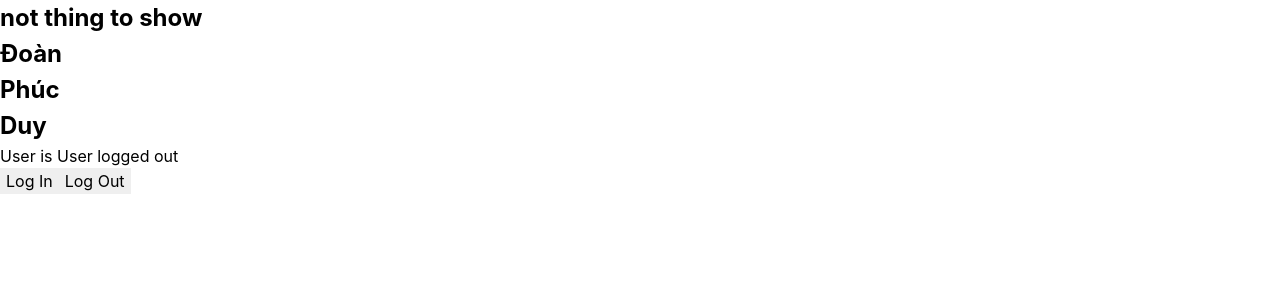
Repository: ledoanmk43/Demo_typescript
Page: /
An editor plug-in stored every save of this project. The page is shown before and after the next save, followed by the edit.
The browser window is 1280 px wide. The pictures show the whole page.
The project was rebuilt for these pictures with package versions that can differ from the ones it lists, and the page was loaded fresh each time.

Above is the page before, as saved 2022-03-07 15:18:51.

### src/App.tsx
import React from "react";

import "./App.css";
import Greeting from "./components/Greeting";
import Login from "./components/state/Login";

function App() {
  // const Name = {
  //   firstName: "Đoàn",
  //   lastName: "Lê",
  // };

  const nameList = [
    {
      firstName: "Đoàn",
      lastName: "Lê",
    },
    {
      firstName: "Phúc",
      lastName: "Lê",
    },
    {
      firstName: "Duy",
      lastName: "Lê",
    },
  ];
  return (
    <div className="App">
      <Greeting nameProps={nameList} />
      <Login />
    </div>
  );
}

export default App;

### src/App.css
*,
*::before,
*::after {
  box-sizing: border-box;
}
* {
  margin: 0;
}

html,
body {
  height: 100%;
}
body {
  line-height: 1.5;
  -webkit-font-smoothing: antialiased;
  -webkit-tap-highlight-color: rgba(0, 0, 0, 0);
}

img,
picture,
video,
canvas,
svg {
  display: block;
  max-width: 100%;
}
input,
button,
textarea,
select {
  font: inherit;
  outline: none;
  border: none;
}
p,
h1,
h2,
h3,
h4,
h5,
h6 {
  overflow-wrap: break-word;
}

### src/components/Greeting.tsx
import React from "react";

// type GreetingProps = {
//   nameProps: string; //we can also assign value like 'Doan' | 'Duy' | 'Phuc' - if there are more than 1 value for the props and we have to to check cases base on these value
// };

type GreetingProps = {
  nameProps: {
    firstName: string;
    lastName: string;
  }[]; //adding [] at the end if prop is an array

  emptyProps?: string;
};

const Greeting = (props: GreetingProps) => {
  const { emptyProps = "not thing to show" } = props;
  return (
    <div>
      <h2>{emptyProps}</h2>
      {props.nameProps.map((prop) => (
        <h2>{prop.firstName}</h2>
      ))}
    </div>
  );
};

export default Greeting;

### src/components/state/Login.tsx
import React, { useState } from "react";

const Login = () => {
  const [isLoggedin, setIsLoggedin] = useState(false);

  const logIn = () => {
    setIsLoggedin(true);
  };
  const logOut = () => {
    setIsLoggedin(false);
  };
  return (
    <div>
      <div>User is {isLoggedin ? "User logged In" : "User logged out"}</div>
      <button onClick={logIn}>Log In</button>
      <button onClick={logOut}>Log Out</button>
    </div>
  );
};

export default Login;

Loaded but not shown: public/index.html (common file); src/index.tsx (common file); src/index.css (common file); src/reportWebVitals.ts (common file)

After the next save:
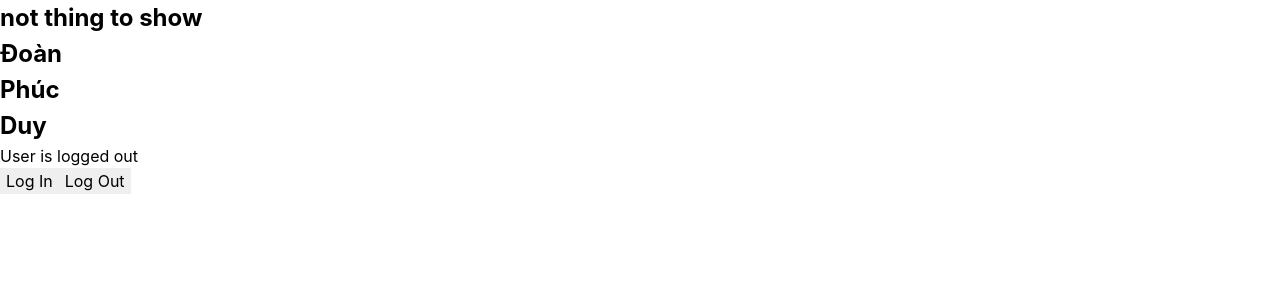
Saved 25 s later.
--- a/src/components/state/Login.tsx
+++ b/src/components/state/Login.tsx
@@ -11,7 +11,7 @@ const Login = () => {
   };
   return (
     <div>
-      <div>User is {isLoggedin ? "User logged In" : "User logged out"}</div>
+      <div>User is {isLoggedin ? "logged In" : "logged out"}</div>
       <button onClick={logIn}>Log In</button>
       <button onClick={logOut}>Log Out</button>
     </div>
